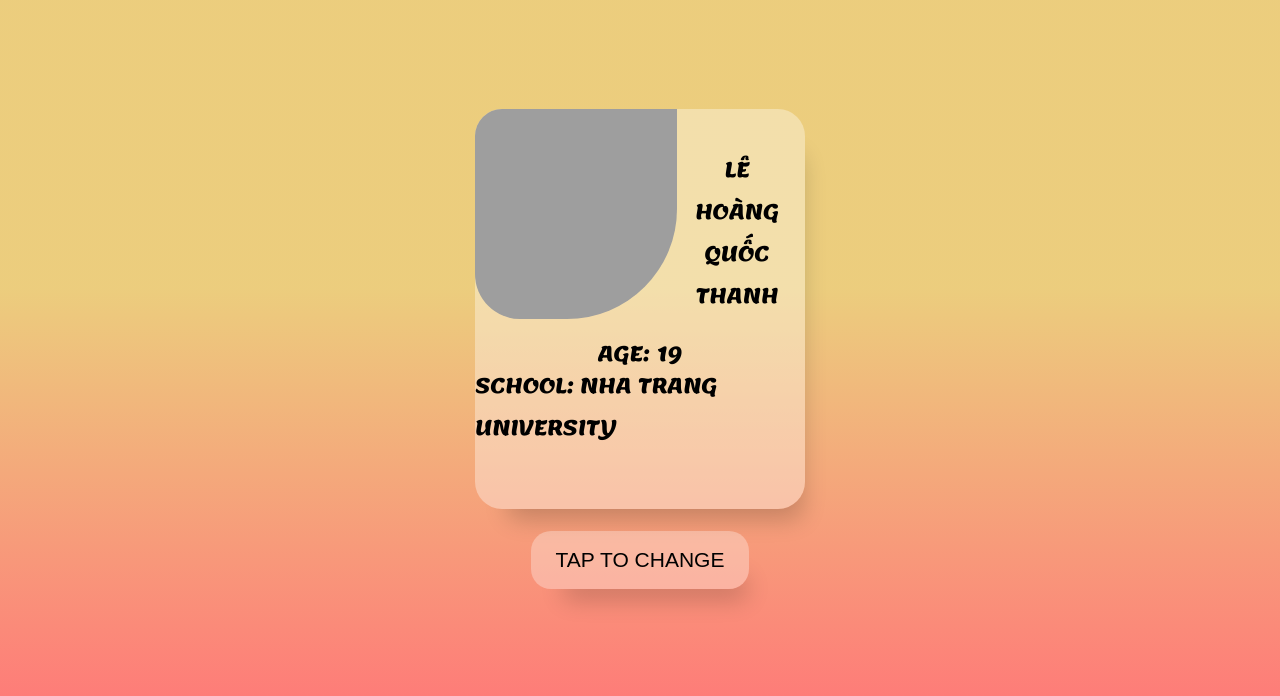
Repository: ThanhThn/profile
Page: index.html
An editor plug-in stored every save of this project. The page is shown before and after the next save, followed by the edit.
The browser window is 1280 px wide. The pictures show the whole page.
Pictures or frames that could not be fetched are drawn as grey boxes. Some web fonts or font styles are not loaded; a fallback is used.

Above is the page before, as saved 2022-12-05 20:05:13.

### index.html
<!DOCTYPE html>
<html lang="en">
<head>
    <meta charset="UTF-8">
    <meta http-equiv="X-UA-Compatible" content="IE=edge">
    <meta name="viewport" content="width=device-width, initial-scale=1.0">
    <title>Document</title>
    <link rel="stylesheet" href="style.css">
</head>
<body>
    <div class="container">
        <div class="content">
            <img src="avata.jpg" alt="avatar">
            <span class="name">LÊ hoàng quốc thanh</span>
            <span class="age" ></span>
            <span id="school">school: nha trang university</span>
        </div>
        <button class="btn">tap to change</button>
    </div>

    <script>
        var ages = new Date().getFullYear() - 2003;
        var text = document.getElementsByClassName("age");
        for(let i = 0; i < text.length; i++){
            text[i].innerHTML = `age: ${ages}`;
        }
    </script>
</body>
</html>

### style.css
@import url('https://fonts.googleapis.com/css2?family=Kodchasan:wght@700&family=Lemonada:wght@300;600;700&family=Pacifico&display=swap');
*{
    padding: 0;
    margin: 0;
    box-sizing: border-box;
}

body{
    background:  linear-gradient( to bottom, rgba(223, 172,39,60%) 40%, rgba(255,22,22,58%) 100% );
    width: 100%;
    height: 100vh;
}
.container{
    position: absolute;
    top: 50%;
    left: 50%;
    transform: translate(-50%, -50%);
    display: flex;
    flex-direction: column;
    align-items: center;
}

.content{
    width: 330px;
    height: 400px;
    background: rgba(255, 255, 255, 35%);
    border-radius: 27px;
    box-shadow: rgba(0, 0, 0, .2) 15px 28px 25px -18px;
}

.content img{
    width: 202px;
    height: 210px;
    border-radius: 27px 0 110px 45px;
    object-fit: cover;
    object-position: -32px 0;
}
span{
    width: 104px;
    font-size: 21px;
    text-transform: uppercase;
    font-weight: 700;
    font-family: 'Lemonada', cursive;
}
.content .name{
    position: absolute;
    text-align: center;
    top: 40px;
    left: 210px;
}

.content .age{
    display: block;
    position: relative;
    width: 100%;
    top: 10px;
    text-align: center;
}
#shool{
    font-size: 16px;
}

.btn{
    background: rgba(255, 255, 255, .3);
    width: 218px;
    height: 58px;
    border-radius: 20px;
    border: none;
    margin: 22px;
    font-family: 'Kodchasan', sans-serif;
    font-size: 21px;
    text-transform: uppercase;
    box-shadow: rgba(0, 0, 0, .2) 15px 28px 25px -18px;
    background-position: 0 90%;
    background-repeat: repeat no-repeat;

}

.btn:hover {
    box-shadow: rgba(0, 0, 0, .3) 2px 8px 8px -5px;
    transform: translate3d(0, 2px, 0);
}


.btn:focus {
  box-shadow: rgba(0, 0, 0, .3) 2px 8px 4px -6px;
}

After the next save:
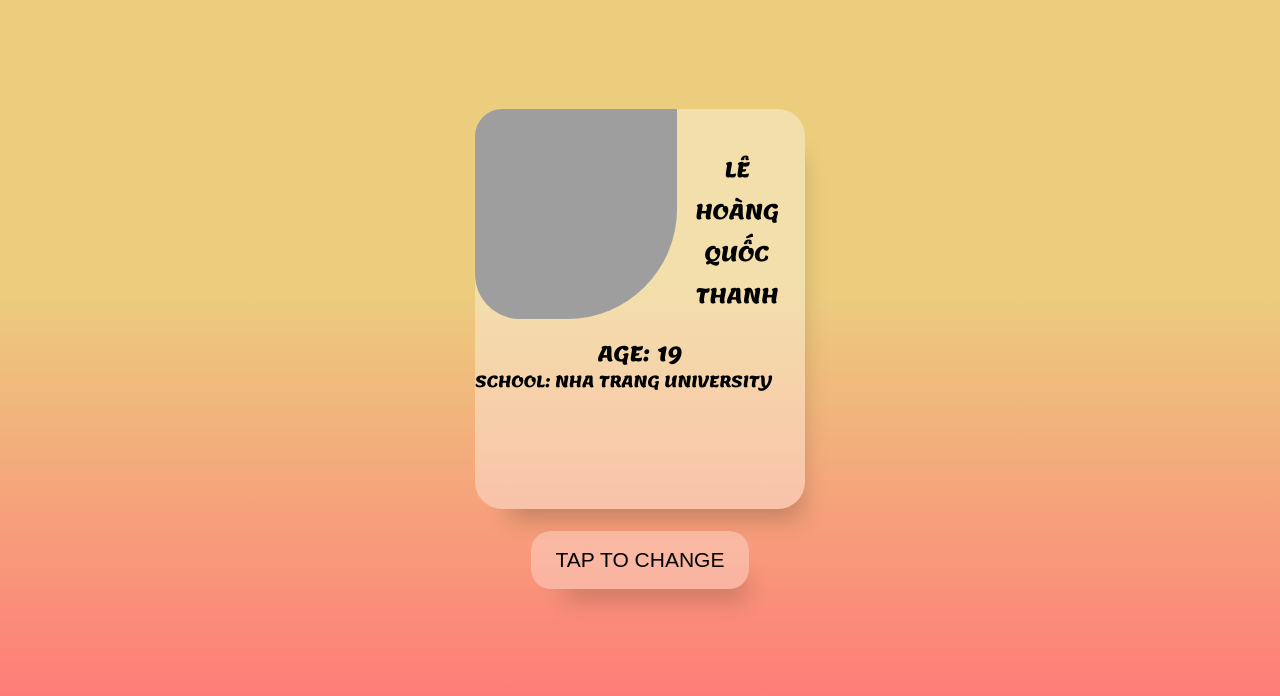
Saved 35 s later.
--- a/style.css
+++ b/style.css
@@ -56,7 +56,7 @@ span{
     top: 10px;
     text-align: center;
 }
-#shool{
+#school{
     font-size: 16px;
 }
 
